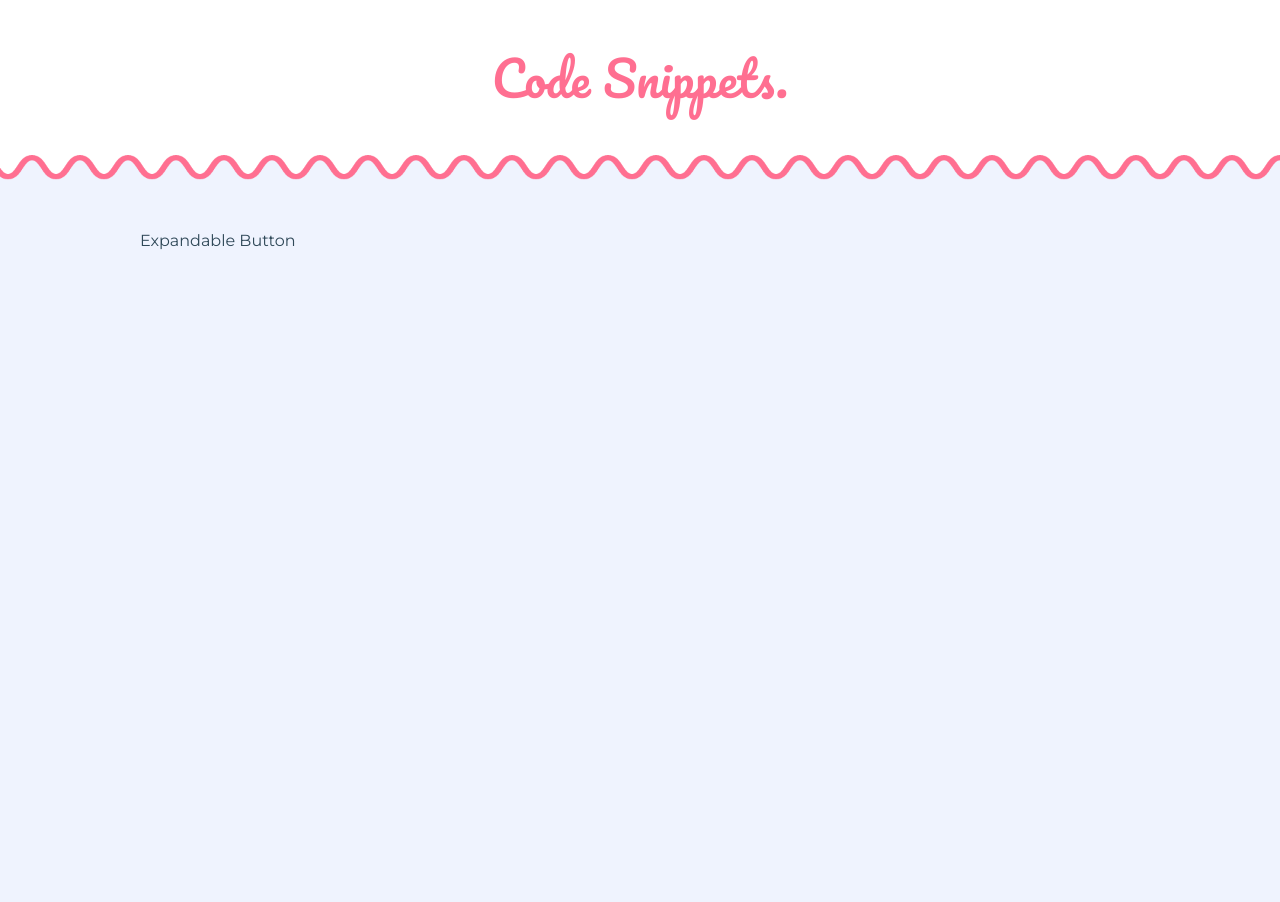
Repository: vikatgen/code-snippets
Page: index.html
An editor plug-in stored every save of this project. The page is shown before and after the next save, followed by the edit.
The browser window is 1280 px wide. The pictures show the whole page.
The style sheet was rebuilt from its Sass, Less or Tailwind sources for each picture, by a compiler version that may differ from the author's.

Above is the page before, as saved 2020-03-30 23:44:13.

### index.html
<!DOCTYPE html>
<html lang="en">
  <head>
    <meta charset="UTF-8" />
    <meta name="viewport" content="width=device-width, initial-scale=1.0" />
    <link rel="stylesheet" href="/css/normalize.css" />
    <link rel="stylesheet" href="/css/mainpage-styles.css" />
    <title>Code Snippets</title>
  </head>
  <body>
    <section id="heading-section">
      <div class="container">
        <div class="header-wrapper">
          <span>Code Snippets.</span>
        </div>
      </div>
    </section>
    <section id="page-break">
      <img src="/assets/page-snip.png" alt="" />
    </section>
    <section class="links-section">
      <div class="container">
        <div class="link-wrapper">
          <a href="/expandable-button/expandable-button.html"
            >Expandable Button</a
          >
        </div>
      </div>
    </section>
  </body>
</html>

### css/mainpage-styles.scss
@import url("https://fonts.googleapis.com/css?family=Montserrat:400,600,700|Pacifico&display=swap");

$heading: "Pacifico", cursive;
$ff-normal: "Montserrat", sans-serif;
$text-color: #2f4858;
$heading-color: #ff6f91;

.container {
  width: 90%;
  max-width: 1000px;
  margin: auto;
}

.link-wrapper {
  padding-top: 50px;
  a {
    text-decoration: none;
    font-family: $ff-normal;
    color: $text-color;
    font-family: 600;
  }
}

.header-wrapper {
  width: 100%;
  text-align: center;
  margin: 50px 0px;
  span {
    font-family: $heading;
    font-size: 3rem;
    color: $heading-color;
  }
}

#page-break {
  width: 100vw;
  height: auto;
  overflow: hidden;
  margin-bottom: -8px;
  img {
    width: 100%;
  }
}

.links-section {
  width: 100vw;
  height: 100vh;
  background: #eff3fe;
}

Loaded but not shown: css/normalize.css (library)

After the next save:
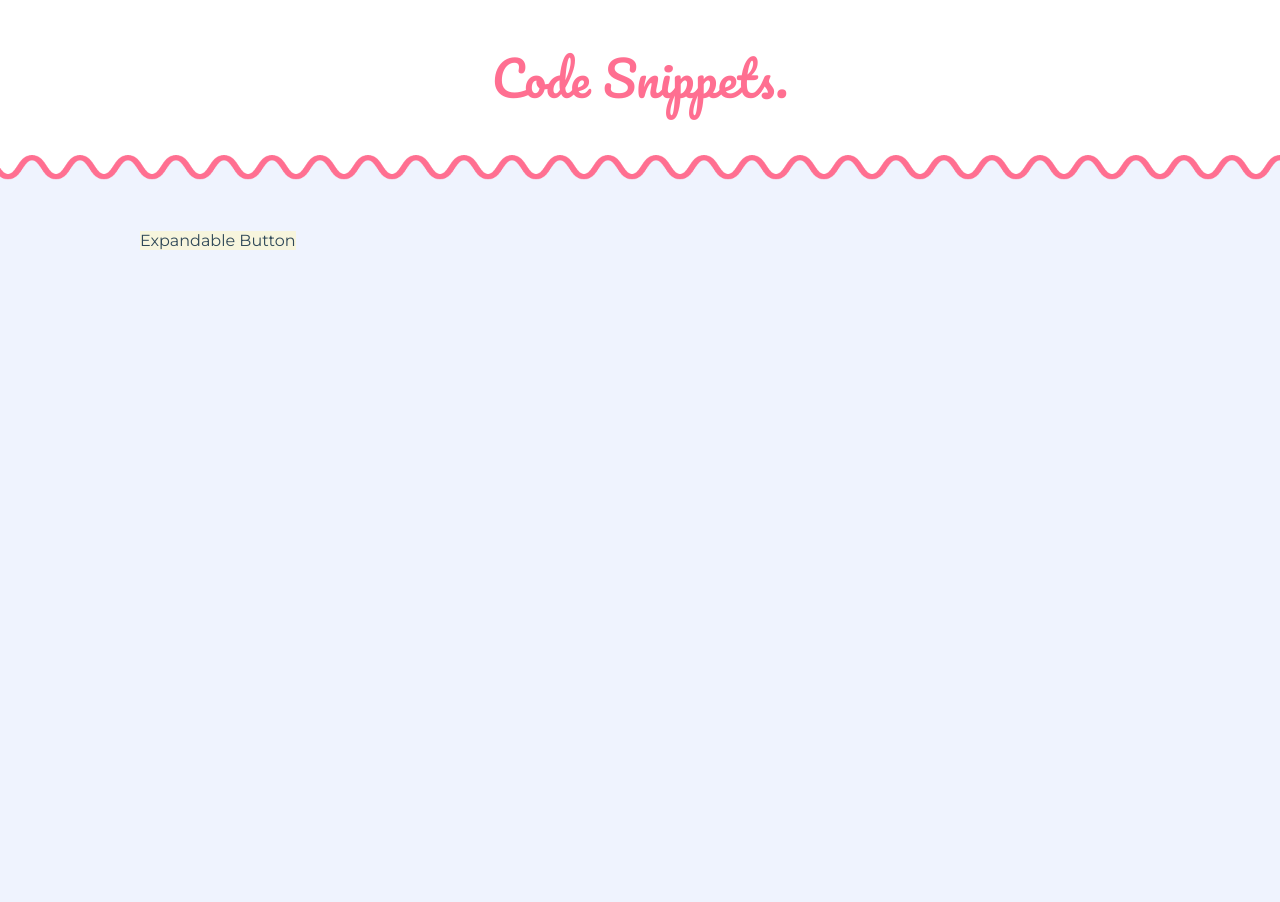
Saved 107 s later.
--- a/css/mainpage-styles.scss
+++ b/css/mainpage-styles.scss
@@ -18,6 +18,7 @@ $heading-color: #ff6f91;
     font-family: $ff-normal;
     color: $text-color;
     font-family: 600;
+    background: #f7f5dd;
   }
 }
 
